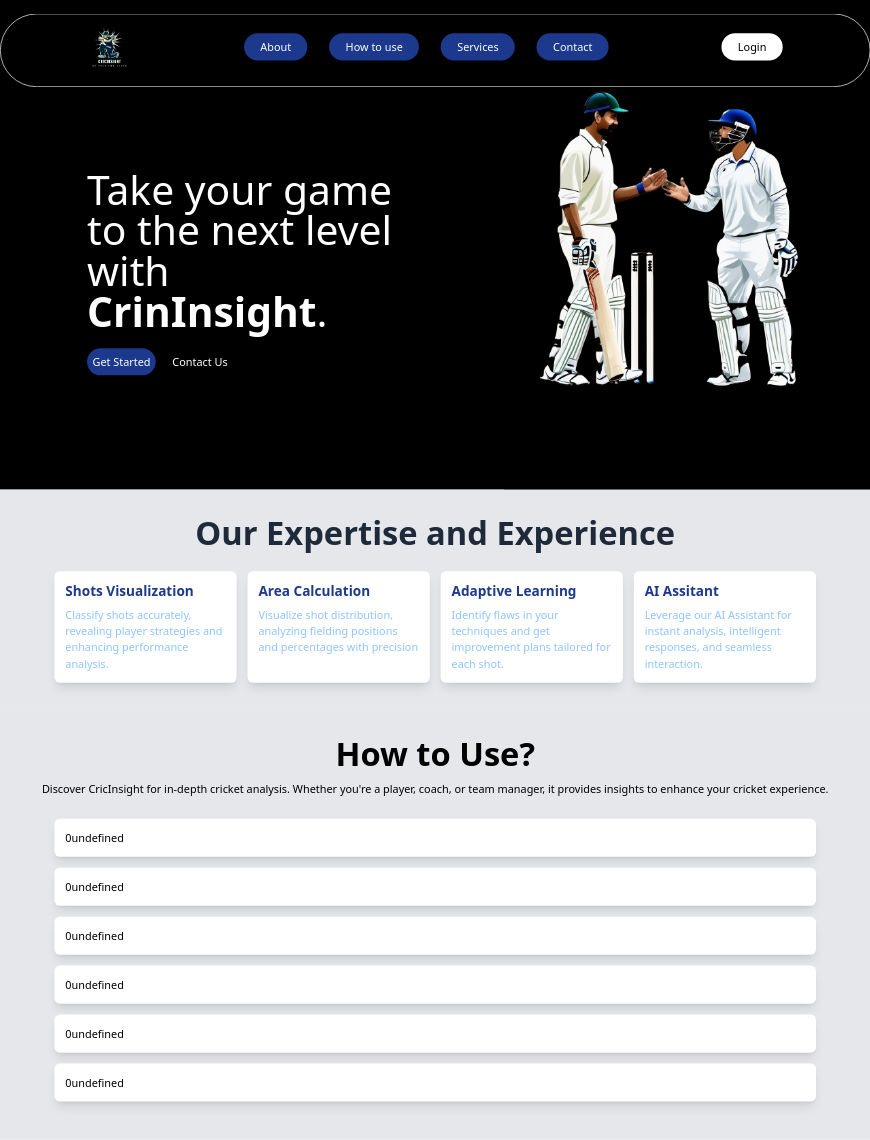
Repository: ahsanfawadaf/cricket
Page: /
An editor plug-in stored every save of this project. The page is shown before and after a run of saves, followed by the edit.
The browser window is 1280 px wide. The pictures show the whole page, at 68% of full size.
The project was rebuilt for these pictures with package versions that can differ from the ones it lists, and the page was loaded fresh each time. Also part of the build but not shown: vite.config.js.

Above is the page before, as saved 2025-09-17 12:16:49.

### index.html
<!doctype html>
<html lang="en">
  <head>
    <meta charset="UTF-8" />
    <link rel="icon" type="image/svg+xml" href="/cric_logo.png" />
    <meta name="viewport" content="width=device-width, initial-scale=1.0" />
    <title>Cricket Web</title>
  </head>
  <body>
    <div id="root"></div>
    <script type="module" src="/src/main.jsx"></script>
  </body>
</html>

### src/App.jsx
import React from 'react'

import Header from './components/Header'
import Our_experience from './components/Our_experience'
import Howtouse from './components/Howtouse'


const App = () => {
  return (
    <div>
     <Header/>
     <Our_experience/>
     <Howtouse/>



    </div>
  )
}

export default App

### src/components/Header.jsx
import React from 'react'
import Navbar from './Navbar'
import cric_home_img from '../assets/cric_home_img.png'

const Header = () => {
  return (
    <div className='w-full min-h-screen bg-cover bg-black items-center flex overflow-hidden'>
    <Navbar/>
         <div className='flex flex-col mx-auto items-start px-2 md:px-20 lg:px-32'>
             <h1 className='text-md block font-xsm sm:text-6xl text-white gap-2 max-w-6xl inline-block pt-20'>Take your game to  the next level with <span className='text-4xl sm:text-6xl font-bold'>CrinInsight</span>.</h1>
             <div className='flex gap-4 mt-6'>
                 <button className='rounded-full bg-blue-900 text-white px-2 py-2'>Get Started</button>
                 <button className='rounded-full bg-transparent  text-white px-2 py-2'>Contact Us</button>
             </div>
         </div>

         <div className='w-full bg-cover bg-black overflow-hidden min-h-screen'>
                 <img className='h-full pt-28 object-contain' src={cric_home_img} alt="" />
         </div>



    </div>
  )
}

export default Header

### src/components/Our_experience.jsx
import React from 'react'

const Our_experience = () => {
  return (
    <div className='bg-gray-200 py-10'>
          <h2 className='text-center font-bold text-5xl text-gray-800 mb-8'>Our Expertise and Experience</h2>


          <div className='max-w-6xl mx-auto px-4 grid grid-cols-1 md:grid-cols-2 lg:grid-cols-4 gap-4'>

               <div className='bg-white shadow-lg rounded-lg '>
                   <div className='p-4'>
                    <h3 className='text-xl mb-2 text-blue-900 font-semibold '>Shots Visualization</h3>
                    <p className='text-blue-300'>Classify shots accurately, revealing player strategies and enhancing performance analysis.</p>

                   </div>

               </div>
               <div className='bg-white shadow-lg rounded-lg '>
                   <div className='p-4'>
                    <h3 className='text-xl mb-2 text-blue-900 font-semibold '>Area Calculation</h3>
                    <p className='text-blue-300'>Visualize shot distribution, analyzing fielding positions and percentages with precision</p>

                   </div>

               </div>
               <div className='bg-white shadow-lg rounded-lg '>
                   <div className='p-4'>
                    <h3 className='text-xl mb-2 text-blue-900 font-semibold '>Adaptive Learning</h3>
                    <p className='text-blue-300'>Identify flaws in your techniques and get improvement plans tailored for each shot.</p>

                   </div>

               </div>
               <div className='bg-white shadow-lg rounded-lg '>
                   <div className='p-4'>
                    <h3 className='text-xl mb-2 text-blue-900 font-semibold '>AI Assitant</h3>
                    <p className='text-blue-300'>Leverage our AI Assistant for instant analysis, intelligent responses, and seamless interaction.</p>

                   </div>

               </div>







          </div>









    </div>
  )
}

export default Our_experience

### src/components/Howtouse.jsx
import React from 'react'

const Howtouse = () => {

   const cards = [

    {
      id:1,
      title:'Signup / Login',
      description:'Create an account first on the CricInsight platform or log in if you already have an account.'
    },
    {
      id:2,
      title:'Upload Videos',
      description:'Upload your cricket match videos for analysis. You can trim videos and merge multiple videos as well.'
    },
    {
      id:3,
      title:'Data Analytics',
      description:'Analyze your game and get highlights of your gameplay and get an overview of all the shots you play.'
    },
    {
      id:4,
      title:'Area Calculation',
      description:'Calculates the percentage distribution of shots across different fielding areas for insightful analysis'
    },
    {
      id:5,
      title:'Adaptive Learning',
      description:'Get tailored solutions to enhance cricket skills based on identified technical flaws from your gameplay.'
    },
    {
      id:6,
      title:'AI Assistant',
      description:'Get all your queries answered, have some cricket tips, and be guided to the CricInsight features.'
    },

   ];

  return (
    <div className='bg-gray-200 py-10'>
        <h2 className='text-5xl text-center font-semibold mb-4 '>How to Use?</h2>
        <p className='px-2 text-center'>Discover CricInsight for in-depth cricket analysis. Whether you're a player, coach, or team manager, it provides insights to enhance your cricket experience.</p>


      <div className='max-w-6xl mx-auto px-4 gird gird-cols-1 md:grid-cols-2 lg:grid-cols-3 gap-4 mt-8'>

        { cards.map((ca) =>(
          <div key={ca.id} className='bg-white shadow-lg rounded-lg p-4 mb-4'>

           <h3>{`0${cards.id}`}</h3>

           <h4>{cards.title}</h4>
           <p>{cards.description}</p>



          </div>
        ))




        }







      </div>






    </div>
  )
}

export default Howtouse

### src/components/Navbar.jsx
import React from 'react'
import cric_logo from '../assets/cric_logo.png'

const Navbar = () => {
  return (
    <div className='top-0 mt-5 pb-4  left-0 w-full fixed z-99 rounded-full bg-transparent border border-white' style={{height:'15vh'}}  >


        <div className='mx-auto justify-between flex items-center px-4 py-4   md:px-20 lg:px-32'>

         <img src={cric_logo} className='h-full max-h-16 object-contain' alt="" />



         <ul className='hidden md:flex gap-8 text-white '>

             <button className='rounded-full px-6 py-2 bg-blue-900 text-white'>About</button>
             <button className='rounded-full px-6 py-2 bg-blue-900 text-white'>How to use</button>
             <button className='rounded-full px-6 py-2 bg-blue-900 text-white'>Services</button>
             <button className='rounded-full px-6 py-2 bg-blue-900 text-white'>Contact</button>



         </ul>

         <button className='rounded-full hidden md:block px-6 py-2 bg-white'>Login</button>
        </div>



    </div>
  )
}

export default Navbar

Loaded but not shown: src/main.jsx (common file); src/index.css (common file)

After the next 3 saves:
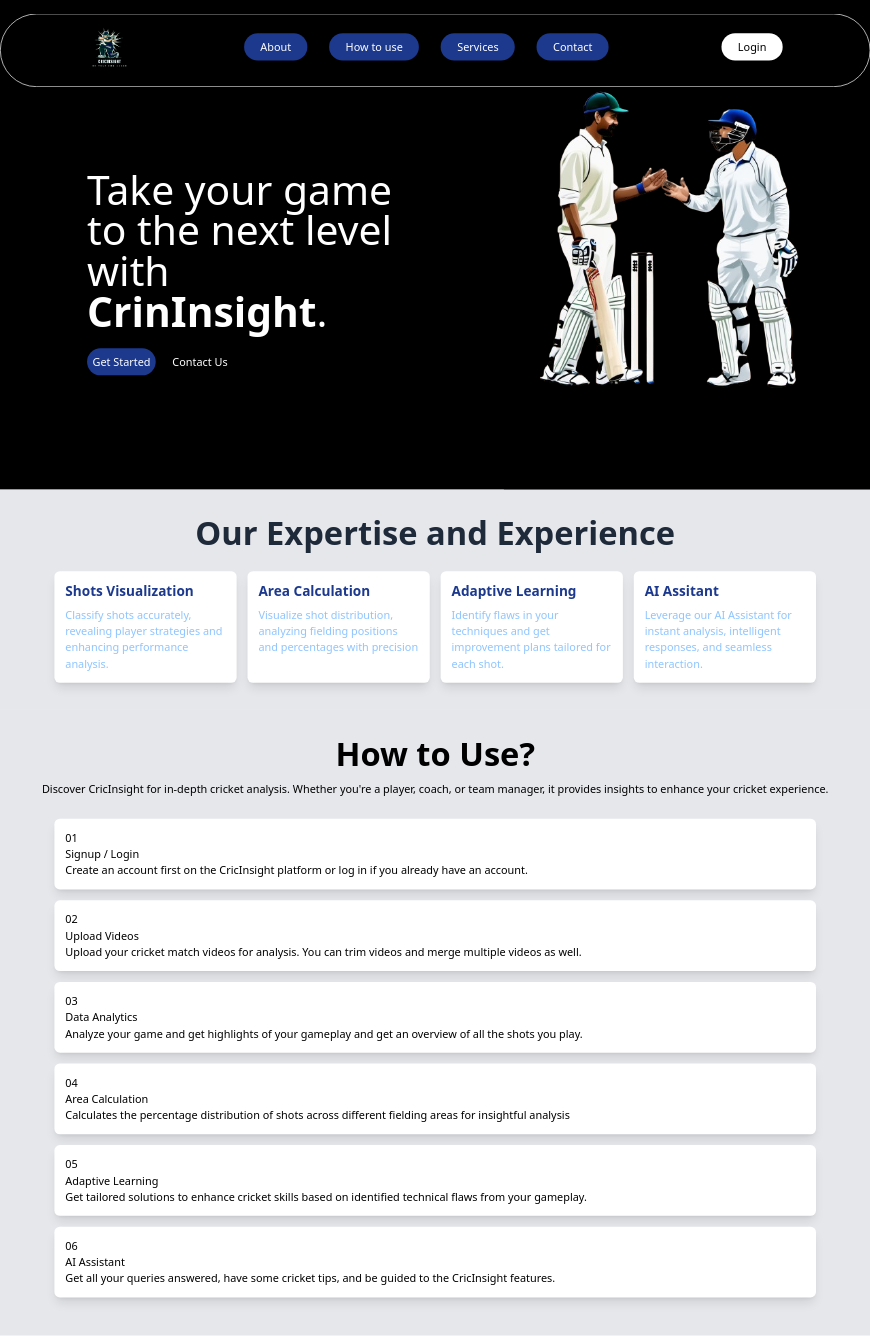
The 3 saves are shown as one change because they came seconds apart.
The last was saved 62 s later.
--- a/src/components/Howtouse.jsx
+++ b/src/components/Howtouse.jsx
@@ -48,10 +48,10 @@
         { cards.map((ca) =>(
           <div key={ca.id} className='bg-white shadow-lg rounded-lg p-4 mb-4'>
 
-           <h3>{`0${cards.id}`}</h3>
+           <h3>{`0${ca.id}`}</h3>
 
-           <h4>{cards.title}</h4>
-           <p>{cards.description}</p>
+           <h4>{ca.title}</h4>
+           <p>{ca.description}</p>
 
 
 
